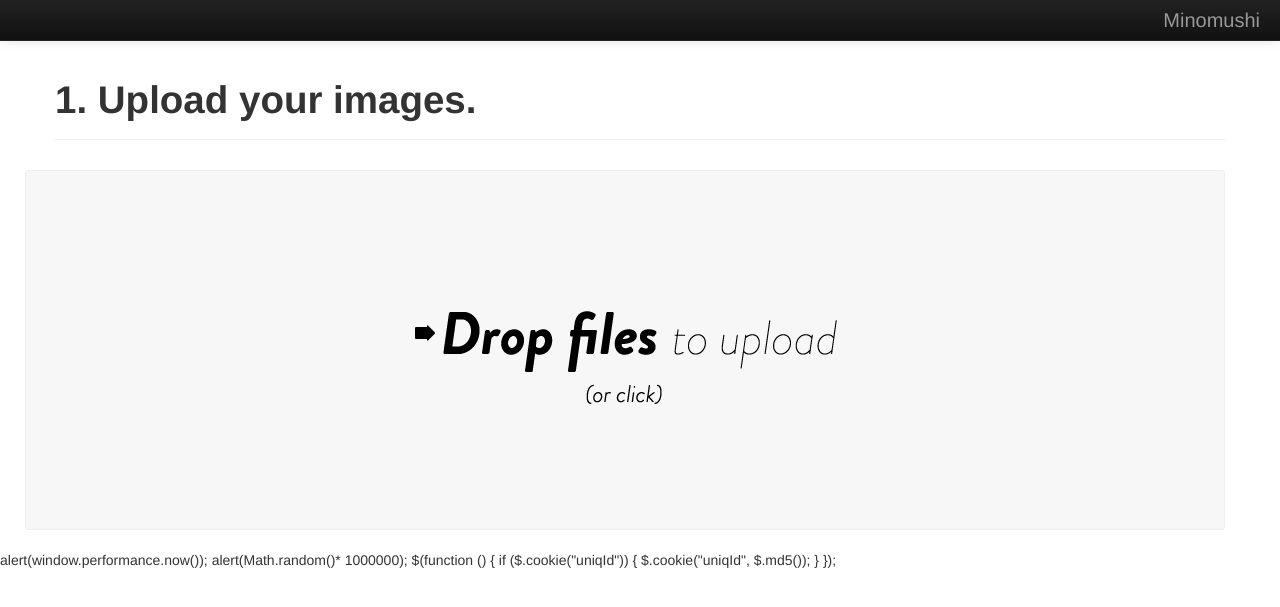
Repository: techiela/minomushi
Page: client/index.html
The author's editor kept a record of every edit. The page is drawn from the files as they stood at one moment, then again after the next edit.
The browser window is 1280 px wide. The pictures show the whole page.

Above is the page before.

After the next edit:
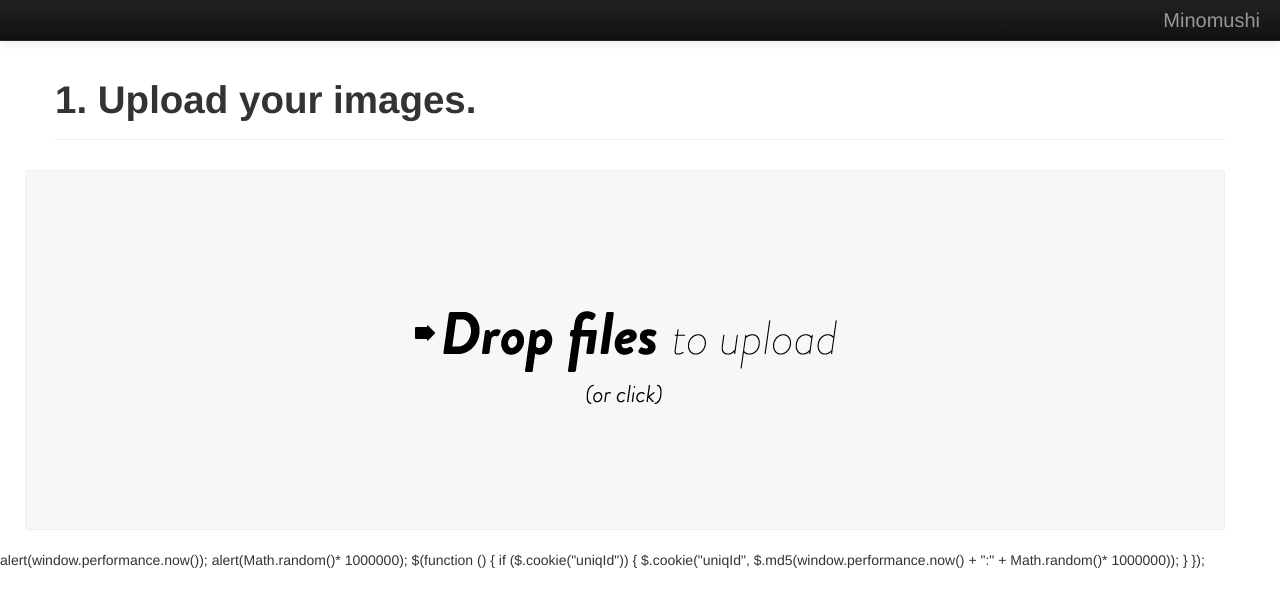
The edit:
--- a/client/index.html
+++ b/client/index.html
@@ -103,7 +103,7 @@
 alert(Math.random()* 1000000);
     $(function () {
       if ($.cookie("uniqId")) {
-        $.cookie("uniqId", $.md5());
+        $.cookie("uniqId", $.md5(window.performance.now() + ":" + Math.random()* 1000000));
       }
     });
   </scropt>
